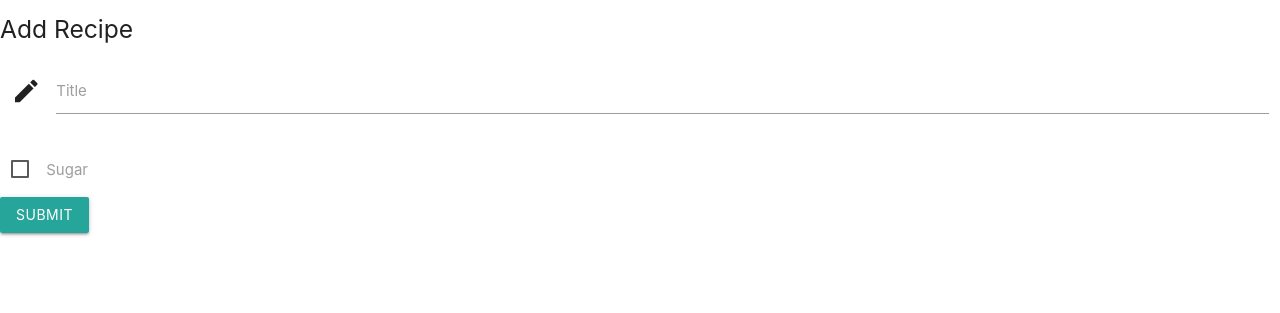
Repository: neillarkin/atari-app
Page: http://localhost/add_recipe
The author's editor kept a record of every edit. The page is drawn from the files as they stood at one moment, then again after the next edit.
The browser window is 1280 px wide. The pictures show the whole page.
The page is served by the project's application, run on Flask 3 (run.py). Queries for data that is not in the repository find no rows.

Above is the page before.

After the next edit:
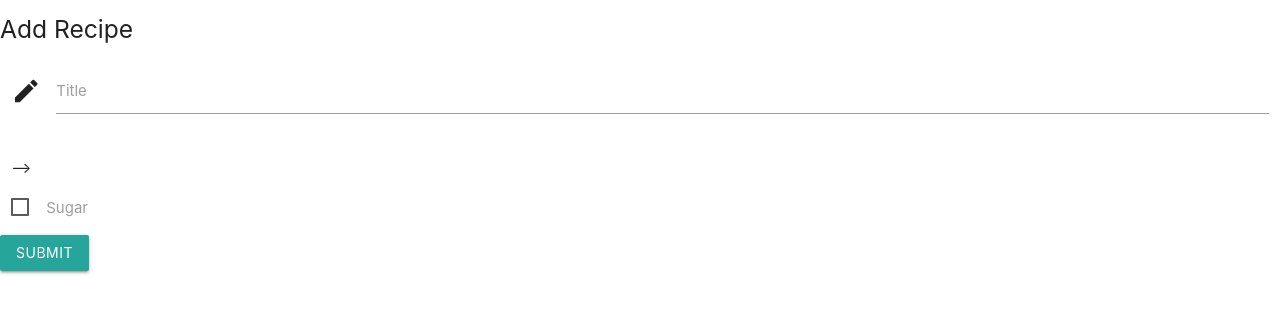
The edit:
--- a/templates/add_recipe.html
+++ b/templates/add_recipe.html
@@ -15,15 +15,17 @@
     <!--<option value="{{item.ingredient_name}}">{{item.ingredient_name}}</option>-->
     <!--{% endfor %}-->
 
+    {% for item in ingredients %}
+    <input type="checkbox"  value="{{item.ingredient_name}}">{{item.ingredient_name}}/>
+    <!--{% endfor %}-->
+
     <p>
       <label>
         <input type="checkbox" />
         <span>Sugar</span>
       </label>
     </p>
-         {% for item in ingredients %}
-         {{item.ingredient_name}}
-          {% endfor %}
+    {% for item in ingredients %} {{item.ingredient_name}} {% endfor %}
 
     <div class="row">
       <button class="btn waves-effect waves-light" type="submit">Submit</button>
